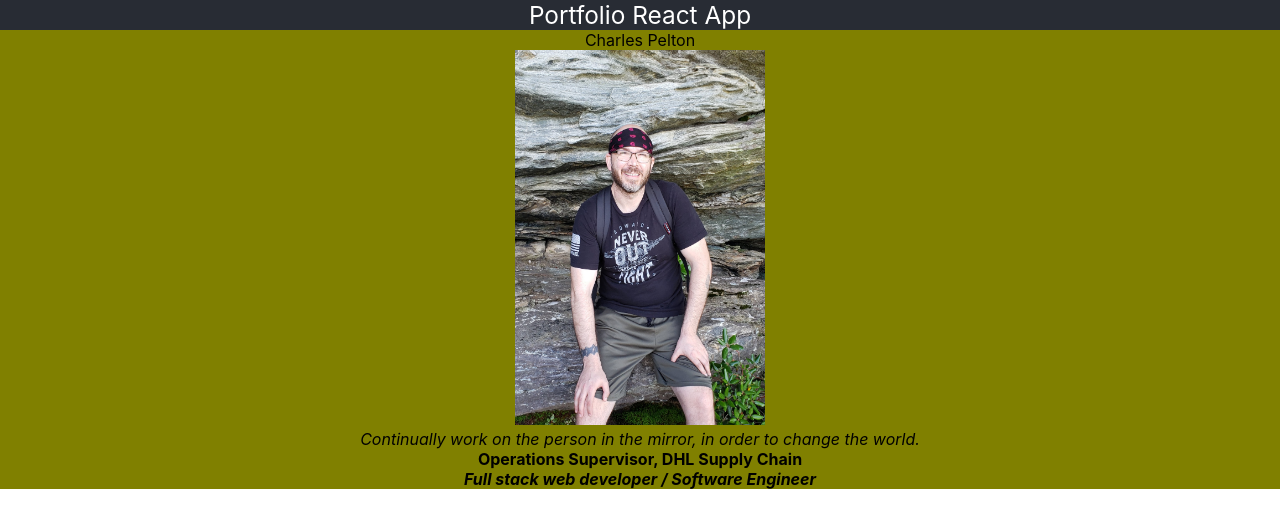
Repository: charliejp0311/PortfolioPage
Page: / (app in portfolio/)
An editor plug-in stored every save of this project. The page is shown before and after the next save, followed by the edit.
The browser window is 1280 px wide. The pictures show the whole page.
The project was rebuilt for these pictures with package versions that can differ from the ones it lists, and the page was loaded fresh each time.

Above is the page before, as saved 2020-12-07 12:38:44.

### portfolio/src/containers/App.js
import '../App.css';
import Me from '../components/me'


function App() {
  return (
    <div className="App">
      <header className="App-header">
        Portfolio React App
      </header>
      <Me />
    </div>
  );
}

export default App;

### portfolio/src/App.css
.App {
  text-align: center;
}

.App-logo {
  height: 40vmin;
  pointer-events: none;
}

@media (prefers-reduced-motion: no-preference) {
  .App-logo {
    animation: App-logo-spin infinite 20s linear;
  }
}

.App-header {
  background-color: #282c34;
  min-height: 25%;
  display: flex;
  flex-direction: column;
  align-items: center;
  justify-content: center;
  font-size: calc(10px + 2vmin);
  color: white;
}

.App-link {
  color: #61dafb;
}
#me {
  background-color: olive;
};

@keyframes App-logo-spin {
  from {
    transform: rotate(0deg);
  }
  to {
    transform: rotate(360deg);
  }
}

### portfolio/src/components/me.js
import { Component  } from "react";
import portfolioPic from "./images/summer2020.jpg";

class Me extends Component{
    state = {
        name: "Charles Pelton",
        moto: "Continually work on the person in the mirror, in order to change the world.",
        career: "Operations Supervisor, DHL Supply Chain",
        aspiration: "Full stack web developer / Software Engineer"
    }
    render(){
        return(
            <div id="me">
                {this.state.name}<br />
                <img src={portfolioPic} alt='Me' width='250' height='375' /><br />
                <em>{this.state.moto}</em><br />
                <b>{this.state.career}</b><br />
                <b><em>{this.state.aspiration}</em></b>
            </div>
        )
    }
};

export default Me;

Loaded but not shown: portfolio/public/index.html (common file); portfolio/src/index.js (common file); Portfolio/src/index.css (common file); portfolio/src/reportWebVitals.js (common file)

After the next save:
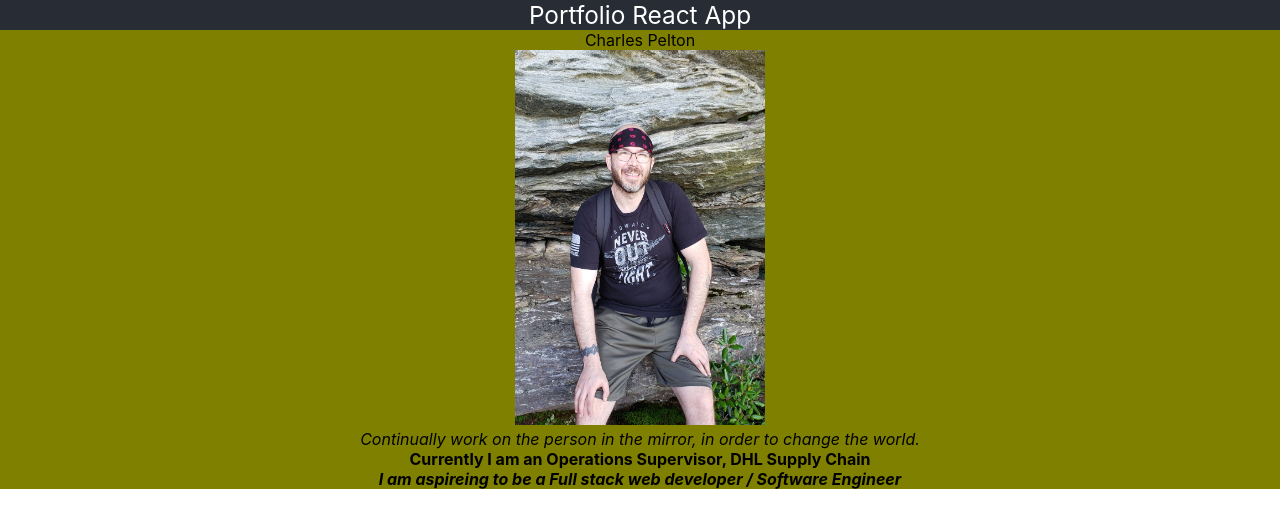
Saved 72 s later.
--- a/portfolio/src/components/me.js
+++ b/portfolio/src/components/me.js
@@ -14,8 +14,8 @@ class Me extends Component{
                 {this.state.name}<br />
                 <img src={portfolioPic} alt='Me' width='250' height='375' /><br />
                 <em>{this.state.moto}</em><br />
-                <b>{this.state.career}</b><br />
-                <b><em>{this.state.aspiration}</em></b>
+                <b>Currently I am an {this.state.career}</b><br />
+                <b><em>I am aspireing to be a {this.state.aspiration}</em></b>
             </div>
         )
     }
